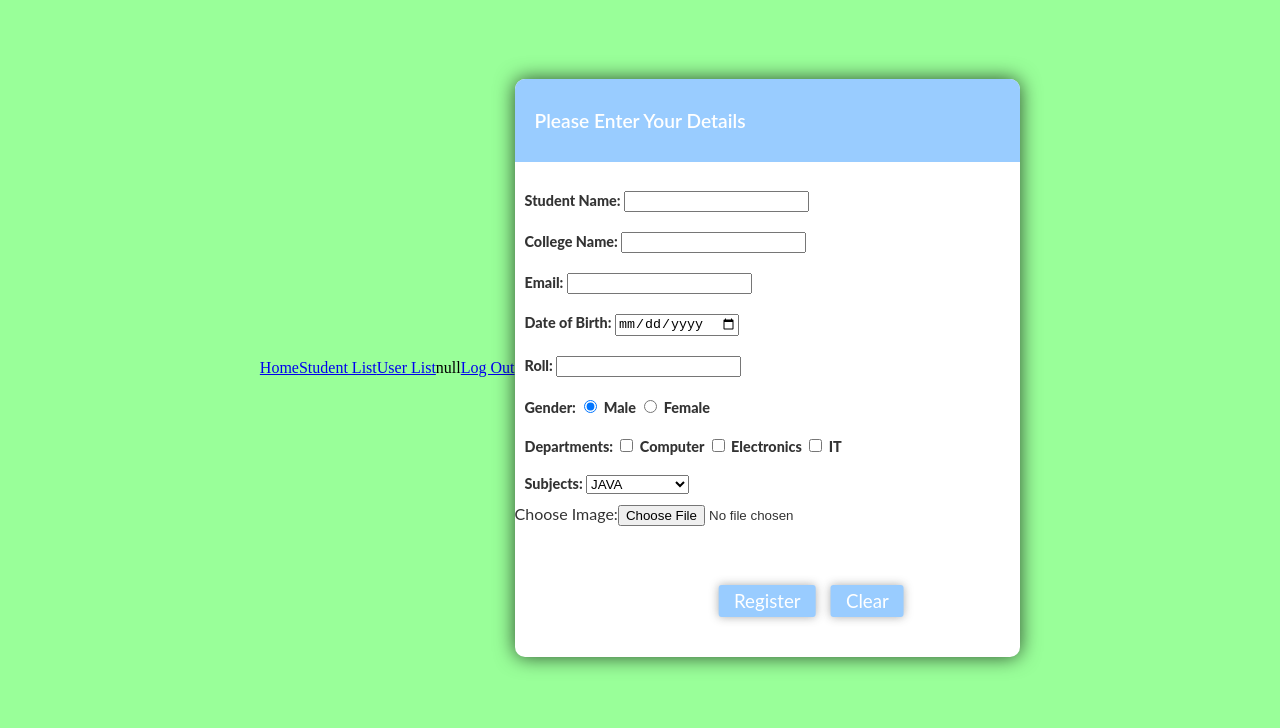
Repository: AmritOjha01/sms
Page: http://localhost/StudentManagementSystem/studentForm.jsp
An editor plug-in stored every save of this project. The page is shown before and after the next save, followed by the edit.
The browser window is 1280 px wide. The pictures show the whole page.
The page is served by Tomcat 9. Other server files are loaded and not shown. The template is opened directly, without the code that normally fills it, so the values that code supplies are empty.

Above is the page before, as saved 2017-03-26 11:10:59.

### StudentManagementSystem/WebContent/studentForm.jsp
<%@ page language="java" contentType="text/html; charset=ISO-8859-1"
	pageEncoding="ISO-8859-1"%>
<%@ taglib uri="http://java.sun.com/jsp/jstl/core" prefix="c"%>
<!DOCTYPE html>
<html>
<head>
<meta http-equiv="Content-Type" content="text/html; charset=ISO-8859-1">
<link rel="stylesheet" href="resources/CSS/RStyle.css">
<title>Insert title here</title>
<%@ include file="header.jsp"%>
</head>
<body>
	<form action="StudentController" method="post" enctype="multipart/form-data">
		<header>Please Enter Your Details</header>
		<br> <input type="hidden" name="id" value="${student.id }"
			readonly="readonly" />

		<div class="newstyle">
			<label>Student Name: </label> <input type="text" name="sName"
				value="${student.studentName}" />
		</div>


		<div class="newstyle">
			<label>College Name: </label> <input type="text" name="cName"
				value="${student.collegeName}" />
		</div>
		<div class="newstyle">
			<label>Email: </label> <input type="email" name="email"
				value="${student.email}" />
		</div>

		<div class="newstyle">
			<label>Date of Birth: </label> <input type="date" name="dob"
				value="${student.dob}" />
		</div>

		<div class="newstyle">
			<label>Roll: </label> <input type="number" name="roll"
				value="${student.roll}" />

		</div>
		<div class="newstyle">
			<c:set var="gender" value="${student.gender }" />
			<label>Gender: </label> <input type="radio" name="gender"
				value="male" checked="checked" va /> Male <input type="radio"
				name="gender" value="female" /> Female
		</div>

		<div class="newstyle">
			<label>Departments: </label> <input type="checkbox"
				name="departments" value="Computer" /> Computer <input
				type="checkbox" name="departments" value="Electronics" />
			Electronics <input type="checkbox" name="departments" value="IT" />
			IT
		</div>

		<div class="newstyle">
			<label>Subjects: </label> <select name="sCombo">
				<option value="java">JAVA</option>
				<option value="android">ANDROID</option>
				<option value="c++">C++</option>
				<option value="swift">SWIFT</option>
				<option value="javascript">JAVASCRIPT</option>
				<option value="net">.NET</option>
			</select>

		</div>
			Choose Image:<input type="file" name="photo" size="10"
				required="required" /><br> <br>

		<div class="newstyle">
			<button value="register" type="submit">Register</button>
			<button value="clear" type="reset">Clear</button>
		</div>

	</form>
</body>
</html>

### StudentManagementSystem/WebContent/header.jsp
<a href="home.jsp">Home</a>
<a href="StudentController?actions=list">Student List</a>
<a href="UserController?action=listUser">User List</a>
<%=session.getAttribute("uname")%>
<a href="LogoutController">Log Out</a>

### StudentManagementSystem/WebContent/resources/customcss/RStyle.css
@CHARSET "ISO-8859-1";

html, body {
  border: 10;
  padding: 10;
  margin: 10;
  height: 100%;
}

body {
  background: #99ff99;
  display: flex;
  justify-content: center;
  align-items: center;
  font-size: 16px;
}

form {
  background: white;
  width: 40%;
  box-shadow: 0px 0px 20px rgba(0, 0, 0, 0.7);
  font-family: lato;
  position: relative;
  color: #333;
  border-radius: 10px;
}
form header {
  background: #99ccff;
  padding: 30px 20px;
  color: white;
  font-size: 1.2em;
  font-weight: 600;
  border-radius: 10px 10px 0 0;
}
form .newstyle {

  padding: 10px 10px;
  display: block;
  font-size: 0.9em;
  font-weight: 800;
  border-radius: 15px 15px 0 0;
}
form button {
  position: relative;
  margin-top: 30px;
  margin-bottom: 30px;
  left: 50%;
  transform: translate(-50%, 0);
  font-family: inherit;
  color: white;
  background: #99ccff;
  outline: none;
  border: none;
  padding: 5px 15px;
  font-size: 1.3em;
  font-weight: 400;
  border-radius: 3px;
  box-shadow: 0px 0px 10px rgba(51, 51, 51, 0.4);
  cursor: pointer;
  transition: all 0.15s ease-in-out;
}

form button:hover {
  background: #ff5252;
}

After the next save:
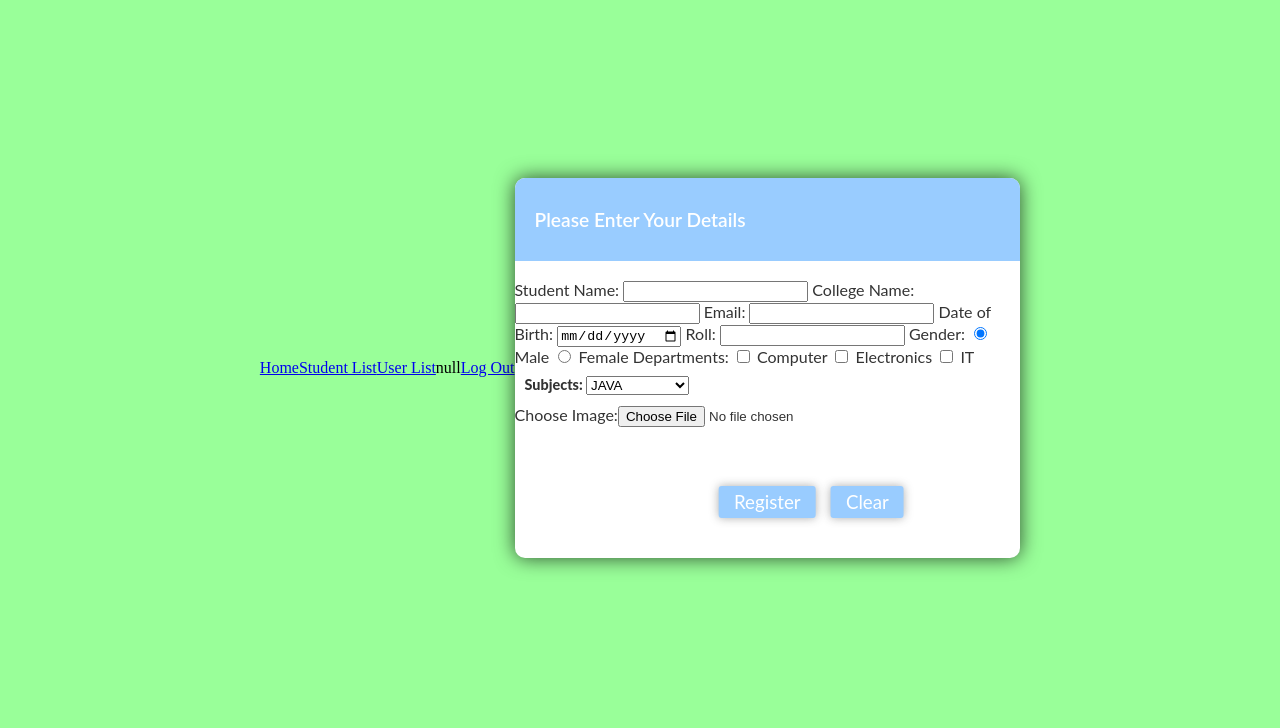
Saved 55 s later.
--- a/StudentManagementSystem/WebContent/studentForm.jsp
+++ b/StudentManagementSystem/WebContent/studentForm.jsp
@@ -15,39 +15,23 @@
 		<br> <input type="hidden" name="id" value="${student.id }"
 			readonly="readonly" />
 
-		<div class="newstyle">
 			<label>Student Name: </label> <input type="text" name="sName"
 				value="${student.studentName}" />
-		</div>
 
 
-		<div class="newstyle">
 			<label>College Name: </label> <input type="text" name="cName"
 				value="${student.collegeName}" />
-		</div>
-		<div class="newstyle">
 			<label>Email: </label> <input type="email" name="email"
 				value="${student.email}" />
-		</div>
-
-		<div class="newstyle">
 			<label>Date of Birth: </label> <input type="date" name="dob"
 				value="${student.dob}" />
-		</div>
-
-		<div class="newstyle">
 			<label>Roll: </label> <input type="number" name="roll"
 				value="${student.roll}" />
 
-		</div>
-		<div class="newstyle">
 			<c:set var="gender" value="${student.gender }" />
 			<label>Gender: </label> <input type="radio" name="gender"
-				value="male" checked="checked" va /> Male <input type="radio"
+				value="male" checked="checked" /> Male <input type="radio"
 				name="gender" value="female" /> Female
-		</div>
-
-		<div class="newstyle">
 			<label>Departments: </label> <input type="checkbox"
 				name="departments" value="Computer" /> Computer <input
 				type="checkbox" name="departments" value="Electronics" />
